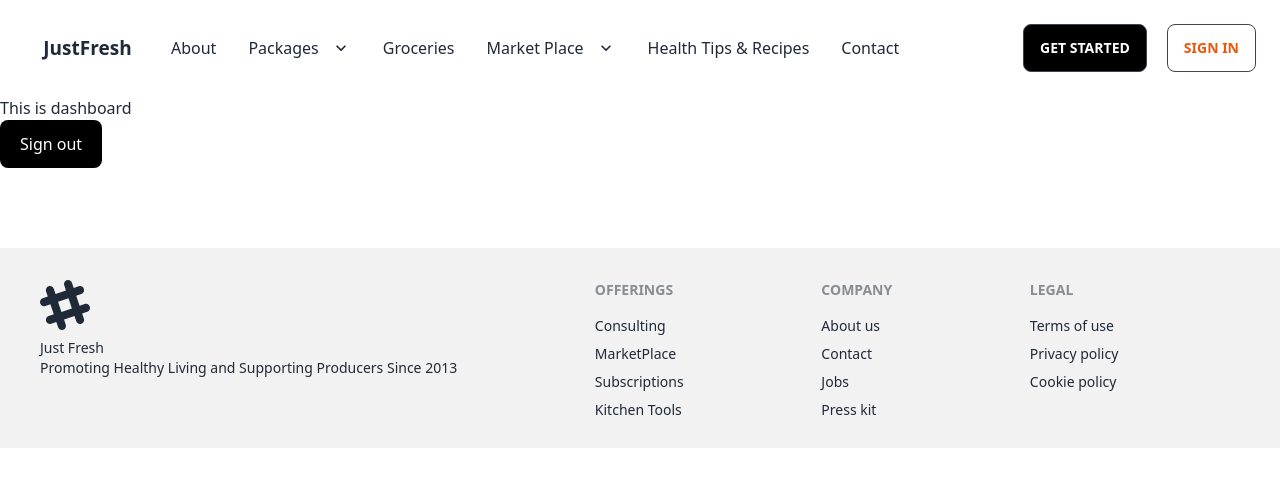
Repository: buzzedison/justfreshnew
Page: /dashboard
The author's editor kept a copy of each file at every save. The page is drawn from the files as they stood at one save, then again after the next save.
The browser window is 1280 px wide. The pictures show the whole page.
The project was rebuilt for these pictures with package versions that can differ from the ones it lists, and the page was loaded fresh each time. The framework's server and built-in components were replaced by stand-ins that run in the browser. Also part of the build but not shown: svelte.config.js, vite.config.js.

Above is the page before, as saved 2023-04-05 11:29:27.

### src/routes/+layout.svelte
<script>
  import "../app.css";

  import Navbar from "../components/Navbar.svelte";
  import Footer from "../components/Footer.svelte";
</script>

<div>
  <Navbar />
  <slot />
  <Footer />
</div>

### src/routes/dashboard/+page.svelte
<script>
  import { authHandlers } from "$stores/store.js";

  async function handleSignOut() {
    try {
      await authHandlers.logout();
      // Redirect or perform any other action after signing out
    } catch (error) {
      console.error("Error signing out:", error);
    }
  }
</script>

<div>
  <h1>This is dashboard</h1>

  <button
    class="bg-black py-3 px-5 text-white rounded-lg"
    on:click={handleSignOut}>Sign out</button
  >
</div>

### src/components/Navbar.svelte
<!-- src/components/Navbar.svelte -->
<!-- <nav class="bg-white shadow-sm">
  <div class="container mx-auto px-4">
    <div class="flex items-center justify-between py-4">
      <div class="text-2xl font-bold text-orange-600">Just Fresh</div>
      <ul class="flex items-center space-x-4 text-gray-700">
        <li>
          <a href="/" class="hover:text-orange-600"> About </a>
        </li>
        <li>
          <a href="/juices" class="hover:text-orange-600"> Drinks </a>
        </li>
        <li>
          <a href="/groceries" class="hover:text-orange-600"> Groceries </a>
        </li>
        <li>
          <a href="/marketplace" class="hover:text-orange-600"> Marketplace </a>
        </li>
        <li>
          <a href="/packages" class="hover:text-orange-600"> Packages </a>
        </li>
        <li>
          <a href="/contact" class="hover:text-orange-600">
            Health Tips & Recipes
          </a>
        </li>
      </ul>
    </div>
  </div>
</nav> -->

<script>
  import { onMount } from "svelte";

  onMount(() => {
    // Your JavaScript code for the component goes here, if needed
  });
</script>

<div class="container mx-auto px-4">
  <div class="navbar bg-base-100">
    <div class="navbar-start">
      <!-- Mobile menu -->
      <div class="dropdown lg:hidden">
        <button class="btn btn-ghost">
          <svg
            xmlns="http://www.w3.org/2000/svg"
            class="h-5 w-5"
            fill="none"
            viewBox="0 0 24 24"
            stroke="currentColor"
            ><path
              stroke-linecap="round"
              stroke-linejoin="round"
              stroke-width="2"
              d="M4 6h16M4 12h8m-8 6h16"
            /></svg
          >
        </button>
        <ul
          class="menu menu-compact dropdown-content mt-3 p-2 shadow bg-base-100 rounded-box w-52"
        >
          <li><a href="/">About</a></li>
          <li>
            <button class="justify-between w-full text-left">
              Parent
              <svg
                class="fill-current"
                xmlns="http://www.w3.org/2000/svg"
                width="24"
                height="24"
                viewBox="0 0 24 24"
                ><path
                  d="M8.59,16.58L13.17,12L8.59,7.41L10,6L16,12L10,18L8.59,16.58Z"
                /></svg
              >
            </button>
            <ul class="p-2">
              <li><a href="/">Submenu 1</a></li>
              <li><a href="/">Submenu 2</a></li>
            </ul>
          </li>
          <li><a href="/">Item 3</a></li>
        </ul>
      </div>

      <!-- Desktop menu -->
      <div class="flex items-center justify-between py-4">
        <div class="hidden lg:flex">
          <a href="/" class="btn btn-ghost normal-case text-xl">JustFresh</a>
          <ul class="menu menu-horizontal px-1">
            <li><a href="/">About</a></li>
            <li>
              <button class="justify-between">
                Packages
                <svg
                  class="fill-current"
                  xmlns="http://www.w3.org/2000/svg"
                  width="20"
                  height="20"
                  viewBox="0 0 24 24"
                  ><path
                    d="M7.41,8.58L12,13.17L16.59,8.58L18,10L12,16L6,10L7.41,8.58Z"
                  /></svg
                >
              </button>
              <ul class="p-2">
                <li><a href="/">Cleanse Week</a></li>
                <li><a href="/">Subscription </a></li>
                <li><a href="/">Food & Fitness </a></li>
              </ul>
            </li>
            <li><a href="/">Groceries</a></li>

            <li>
              <button class="justify-between">
                Market Place
                <svg
                  class="fill-current"
                  xmlns="http://www.w3.org/2000/svg"
                  width="20"
                  height="20"
                  viewBox="0 0 24 24"
                  ><path
                    d="M7.41,8.58L12,13.17L16.59,8.58L18,10L12,16L6,10L7.41,8.58Z"
                  /></svg
                >
              </button>
              <ul class="p-2">
                <li><a href="/">Juices</a></li>
                <li><a href="/">Food </a></li>
                <li><a href="/">Kitchen Tools </a></li>
              </ul>
            </li>

            <li><a href="/">Health Tips & Recipes</a></li>
            <li><a href="/">Contact</a></li>
          </ul>
        </div>
      </div>
    </div>
    <div class="navbar-end">
      <a href="/" class="btn bg-black">Get started</a>
      <a href="/" class="btn bg-transparent text-orange-600 outline-2 ml-5"
        >Sign in</a
      >
    </div>
  </div>
</div>

<style>
  /* Add any component-specific styles here */
</style>

### src/components/Footer.svelte
<script>
  // You can add any necessary script here
</script>

<!-- <footer class="bg-gray-800 text-white px-8 py-14">
  <div class="container mx-auto">
    <div class="grid grid-cols-1 md:grid-cols-6 gap-8 mb-8">
      <div class="font-semibold text-lg">Just Fresh</div>
      <div class="font-semibold text-lg">Drinks</div>
      <div class="font-semibold text-lg">Groceries</div>
      <div class="font-semibold text-lg">Marketplace</div>
      <div class="font-semibold text-lg">Packages</div>
      <div class="font-semibold text-lg">Health Tips & Recipes</div>
    </div>
    <hr class="border-gray-600" />
    <div class="flex flex-wrap justify-between mt-8 text-sm">
      <div>
        &copy; {new Date().getFullYear()} Just Fresh. All rights reserved.
      </div>
      <div class="flex flex-wrap gap-4 mt-4 md:mt-0">
        <a href="/contact" class="hover:text-gray-300">Contact</a>
        <a href="/privacy-policy" class="hover:text-gray-300">Privacy Policy</a>
        <a href="/return-policy" class="hover:text-gray-300">Return Policy</a>
      </div>
    </div>
  </div>
</footer> -->
<div class="pt-20">
  <footer class="footer p-10 bg-base-200 text-base-content py-7 pt-8">
    <div>
      <svg
        width="50"
        height="50"
        viewBox="0 0 24 24"
        xmlns="http://www.w3.org/2000/svg"
        fill-rule="evenodd"
        clip-rule="evenodd"
        class="fill-current"
        ><path
          d="M22.672 15.226l-2.432.811.841 2.515c.33 1.019-.209 2.127-1.23 2.456-1.15.325-2.148-.321-2.463-1.226l-.84-2.518-5.013 1.677.84 2.517c.391 1.203-.434 2.542-1.831 2.542-.88 0-1.601-.564-1.86-1.314l-.842-2.516-2.431.809c-1.135.328-2.145-.317-2.463-1.229-.329-1.018.211-2.127 1.231-2.456l2.432-.809-1.621-4.823-2.432.808c-1.355.384-2.558-.59-2.558-1.839 0-.817.509-1.582 1.327-1.846l2.433-.809-.842-2.515c-.33-1.02.211-2.129 1.232-2.458 1.02-.329 2.13.209 2.461 1.229l.842 2.515 5.011-1.677-.839-2.517c-.403-1.238.484-2.553 1.843-2.553.819 0 1.585.509 1.85 1.326l.841 2.517 2.431-.81c1.02-.33 2.131.211 2.461 1.229.332 1.018-.21 2.126-1.23 2.456l-2.433.809 1.622 4.823 2.433-.809c1.242-.401 2.557.484 2.557 1.838 0 .819-.51 1.583-1.328 1.847m-8.992-6.428l-5.01 1.675 1.619 4.828 5.011-1.674-1.62-4.829z"
        /></svg
      >
      <p>
        Just Fresh<br />Promoting Healthy Living and Supporting Producers Since
        2013
      </p>
    </div>
    <div>
      <span class="footer-title">Offerings</span>
      <a href="/" class="link link-hover">Consulting</a>
      <a href="/" class="link link-hover">MarketPlace</a>
      <a href="/" class="link link-hover">Subscriptions</a>
      <a href="/" class="link link-hover">Kitchen Tools</a>
    </div>
    <div>
      <span class="footer-title">Company</span>
      <a href="/" class="link link-hover">About us</a>
      <a href="/" class="link link-hover">Contact</a>
      <a href="/" class="link link-hover">Jobs</a>
      <a href="/" class="link link-hover">Press kit</a>
    </div>
    <div>
      <span class="footer-title">Legal</span>
      <a href="/" class="link link-hover">Terms of use</a>
      <a href="/" class="link link-hover">Privacy policy</a>
      <a href="/" class="link link-hover">Cookie policy</a>
    </div>
  </footer>
</div>

<style>
  /* Add any necessary custom styles here */
</style>

### tailwind.config.cjs
/** @type {import('tailwindcss').Config} */
module.exports = {
  content: ['./src/**/*.{html,js,svelte,ts}'],
  daisyui: {
    themes: ["light", "dark", "cupcake", "bumblebee", "emerald", "corporate", "synthwave", "retro", "cyberpunk", "valentine", "halloween", "garden", "forest", "aqua", "lofi", "pastel", "fantasy", "wireframe", "black", "luxury", "dracula", "cmyk", "autumn", "business", "acid", "lemonade", "night", "coffee", "winter"],
    extend: {},

  },
  plugins: [require("daisyui")],
}

Loaded but not shown: src/app.html (common file); src/app.css (common file)

After the next save:
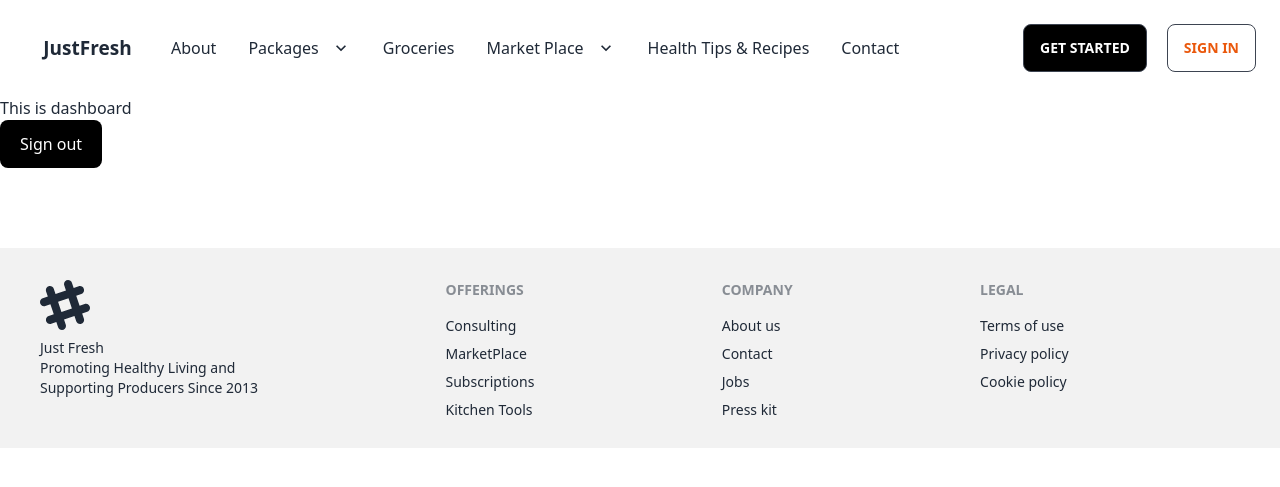
Saved 29 s later.
--- a/src/components/Footer.svelte
+++ b/src/components/Footer.svelte
@@ -41,8 +41,8 @@
         /></svg
       >
       <p>
-        Just Fresh<br />Promoting Healthy Living and Supporting Producers Since
-        2013
+        Just Fresh<br />Promoting Healthy Living and <br /> Supporting Producers
+        Since 2013
       </p>
     </div>
     <div>
